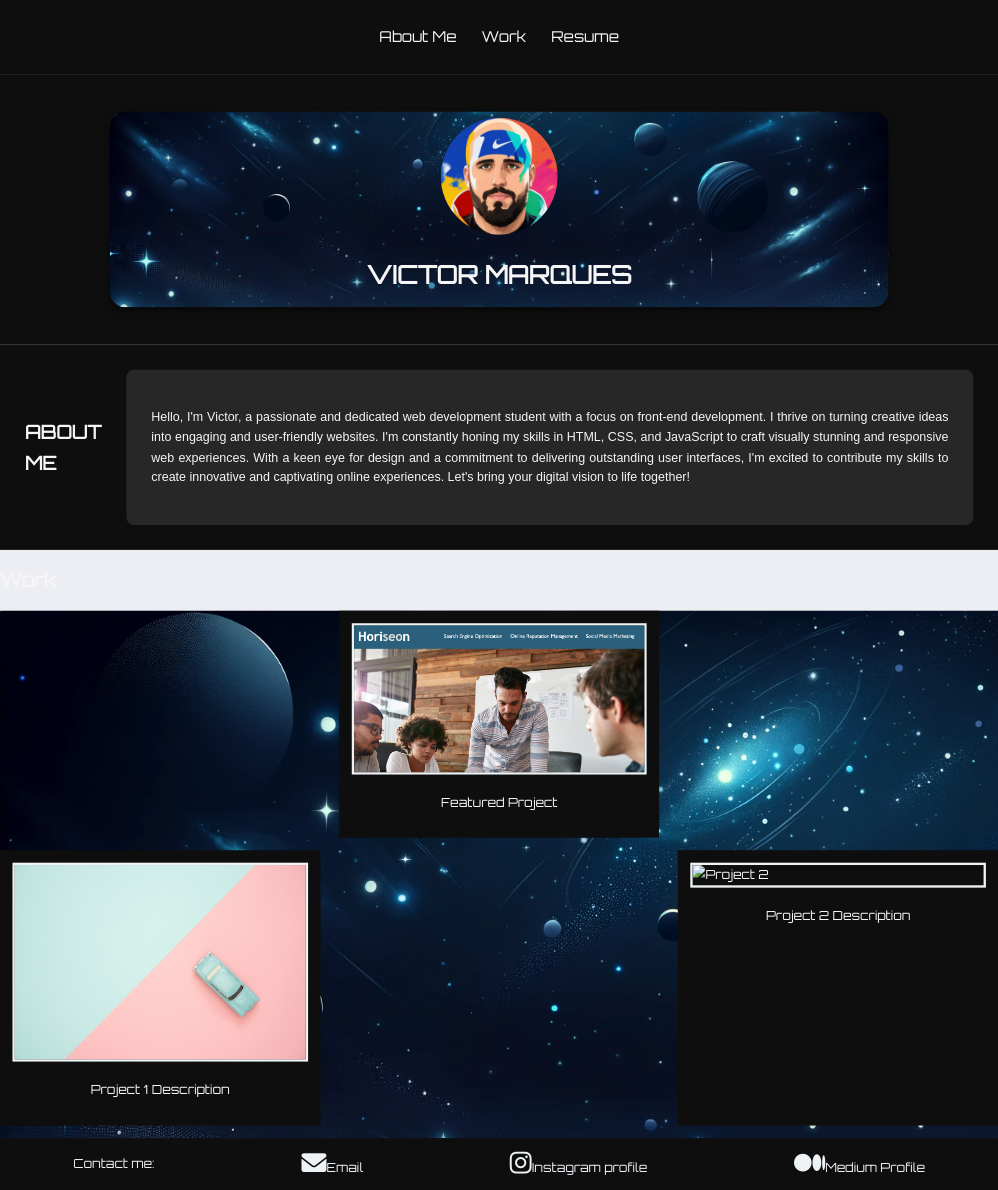
Repository: uvee35/Challenge2-Victor
Page: index.html
These files come from the project's save history. The page is drawn as it stood at one moment and after the next save; the edit follows.
The browser window is 1280 px wide. The pictures show the whole page, at 78% of full size.

Above is the page before, as saved 2023-12-12 22:15:35.
Not found: assets/project2.png

### index.html
<!DOCTYPE html>
<html lang="en-gb">
  <head>
    <meta charset="UTF-8" />
    <meta name="viewport" content="width=device-width, initial-scale=1.0" />
    <meta http-equiv="X-UA-Compatible" content="ie=edge" />
    <title>Victor Marques Portfolio</title>
    <link rel="stylesheet" href="assets/style.css" />
    <link
      href="https://cdnjs.cloudflare.com/ajax/libs/font-awesome/6.0.0-beta3/css/all.min.css"
      rel="stylesheet"
    />
    <link
      href="https://fonts.googleapis.com/css?family=Orbitron&display=swap"
      rel="stylesheet"
    />
  </head>

  <body>
    <header class="header">
      <nav class="header__nav">
        <ul class="nav__list">
          <li class="nav__item">
            <a href="#about-me" class="nav__link">About Me</a>
          </li>
          <li class="nav__item">
            <a href="#work" class="nav__link">Work</a>
          </li>
          <li class="nav__item">
            <a href="#resume" class="nav__link">Resume</a>
          </li>
        </ul>
      </nav>
    </header>

    <section class="hero-banner">
      <div class="hero-banner__content">
        <img src="assets/victor.JPG" alt="Victor" class="about__image" />
        <h1>VICTOR MARQUES</h1>
      </div>
    </section>

    <main class="page-wrapper">
      <section id="about-me"></section>
      <section class="about-section">
        <h2 class="about-title">ABOUT ME</h2>
        <div class="about-box">
          <p class="about-me-text">
            Hello, I'm Victor, a passionate and dedicated web development
            student with a focus on front-end development. I thrive on turning
            creative ideas into engaging and user-friendly websites. I'm
            constantly honing my skills in HTML, CSS, and JavaScript to craft
            visually stunning and responsive web experiences. With a keen eye
            for design and a commitment to delivering outstanding user
            interfaces, I'm excited to contribute my skills to create innovative
            and captivating online experiences. Let's bring your digital vision
            to life together!
          </p>
        </div>
      </section>

      <section class="page-section" id="work">
        <h2 class="section-title">Work</h2>
        <div class="work__projects">
          <!-- Top featured project -->
          <div class="project project--featured">
            <img
              src="./assets/project.png"
              alt="Featured Project"
              class="work__image"
            />
            <p class="project-description">Featured Project</p>
          </div>
          <!-- Projects Row for two projects -->
          <div class="project-row">
            <!-- First project -->
            <div class="project">
              <img
                src="./assets/02-portfolio-3.jpg"
                alt="Project 1"
                class="work__image"
              />
              <p class="project-description">Project 1 Description</p>
            </div>
            <!-- Second project -->
            <div class="project">
              <img
                src="assets/project2.png"
                alt="Project 2"
                class="work__image"
              />
              <p class="project-description">Project 2 Description</p>
            </div>
          </div>
        </div>
      </section>
    </main>

    <footer class="footer">
      <div class="footer__contact-info">
        <span class="footer__contact-header">Contact me:</span>
        <a href="mailto:victormarquesrina@hotmail.com" class="contact-link">
          <i class="fas fa-envelope social-icon"></i><span>Email</span>
        </a>
        <a href="https://www.instagram.com/Uvee35" class="contact-link">
          <i class="fab fa-instagram social-icon"></i
          ><span>Instagram profile</span>
        </a>
        <a href="https://medium.com/@victor5.vm58" class="contact-link">
          <i class="fab fa-medium social-icon"></i><span>Medium Profile</span>
        </a>
      </div>
    </footer>
  </body>
</html>

### assets/style.css
:root {
  --primary-color: #edeef3;
  --secondary-color: #0e0e0e;
  --accent-color: #edf2f4;
  --font-color: #f6f6f6;
  --font-family: 'Orbitron', sans-serif;
}

*,
*::before,
*::after {
  box-sizing: border-box;
}

body {
  font-family: var(--font-family);
  color: var(--font-color);
  background-color: var(--primary-color);
  line-height: 1.6;
  margin: 0;
  padding: 0;
  display: flex;
  flex-direction: column;
  min-height: 100vh;
}

.project {
  overflow: hidden;
}
/* Work section header */
.work-section-header {
  background-size: cover;
  text-align: center;
  padding: 2rem 0;
  background-color: #0e0e0e;
}

.work-section-header h2 {
  font-size: 3rem; /* Adjust the size of the heading */
  color: #ffffff; /* Adjust the color of the heading */
  margin: 0; /* Remove default margin */
  padding: 0; /* Remove default padding */
  /* Add more styling as needed */
}


.project:hover .work__image {
  transform: scale(1.05);
  transition: transform 0.3s ease;
}

.work__image {
  display: block;
  width: 100%;
  max-width: 300px;
  min-width: 100px;
  height: auto;
  transition: transform 0.3s ease;
  margin: 0 auto;
}

.header {
  display: flex;
  justify-content: center;
  align-items: center;
  padding: 1rem;
  background-color: #0e0e0e;
}

.nav__list {
  display: flex;
  justify-content: center;
  align-items: center;
  list-style: none;
  padding: 0;
}

.nav__item {
  margin: 0 1rem;
}

.nav__link {
  color: var(--font-color);
  text-decoration: none;
  font-size: 1.2rem;
}

.hero-banner {
  padding: 1rem;
  text-align: center;
  background-color: #0e0e0e;
}

.hero-banner__content {
  max-width: 600px;
  margin: auto;
  background-image: url('../assets/background.png');
  background-size: cover;
  background-position: center;
  padding: 0.5rem 0;
  text-align: center;
  display: flex;
  flex-direction: column;
  align-items: center;
  justify-content: center;
  border-radius: 20px;
  margin: 2rem;
  box-shadow: 0 4px 8px rgba(0, 0, 0, 0.5);
  width: 80%;
  max-width: 1200px;
  margin-left: auto;
  margin-right: auto;
}

.hero-banner h1 {
  font-size: 2rem;
  margin-bottom: 0.5rem;
}

.about__image {
  width: 150px;
  height: 150px;
  border-radius: 50%;
  object-fit: cover;
}

.about-section {
  background-color: var(--secondary-color);
  padding: 2rem;
  display: flex;
  justify-content: space-between;
  align-items: center;
}

.about-title {
  color: var(--font-color);
  font-size: 1.5rem;
  margin-right: 2rem;
}

.about-box {
  flex-grow: 1;
  background: rgba(255, 255, 255, 0.1);
  padding: 2rem;
  border-radius: 10px;
  color: var(--font-color);
  font-size: 1rem;
  text-align: justify;
  font-family: Arial, Helvetica, sans-serif;
}

.work__projects {
  display: flex;
  flex-wrap: wrap;
  gap: 1rem;
  justify-content: center;
}

.project {
  background-color: var(--secondary-color);
  padding: 1rem;
  width: calc(33.333% - 1rem);
  margin-bottom: 1rem;
}

.project--featured {
  max-width: 500px;
  margin: auto;
}

.project img {
  max-width: 100%;
  height: auto;
  border: 3px solid var(--accent-color);
}

.footer {
  background-color: var(--secondary-color);
  color: var(--primary-color);
  text-align: center;
  padding: 1rem 0;
  display: flex;
  justify-content: space-around;
  align-items: center;
  margin-top: auto;
}

.footer a {
  color: var(--primary-color);
  text-decoration: none;
}

.footer__contact-info {
  display: flex;
  justify-content: space-around;
  align-items: center;
  width: 100%;
}

.social-icon {
  font-size: 2rem;
  color: var(--accent-color);
}
.work__projects {
  display: grid;
  grid-template-columns: repeat(1, 1fr); /* One column layout for the top image */
  gap: 1rem;
  background-image: url(../assets/background.png);
}

.project--featured {
  grid-column: 1 / -1; /* Make the featured project span full width */
}

.project {

  grid-template-columns: repeat(2, 1fr); /* Two columns layout for the underneath images */
  gap: 2rem;
}
.project-row {
  display: flex;
  justify-content: space-between;
  width: 100%;

}

.project-description {
  text-align: center;
  padding-top: 0.5rem; /* Space between image and description text */
}

@media (max-width: 768px) {
  .work__projects {
    grid-template-columns: 1fr; /* Stack images on smaller screens */
  }
}


/* Responsive adjustments for tablet devices */
@media (max-width: 768px) {
  .work__image {
    max-width: 150px;
  }

  .project {
    width: calc(50% - 1rem);
  }

  .project--featured {
    width: calc(66.666% - 1rem);
  }

  .about-box {
    width: 90%;
    padding: 1rem;
  }

  .footer__contact-info {
    flex-direction: column;
    gap: 1rem;
  }

  .social-icon {
    font-size: 2.5rem;
  }
}

/* Responsive adjustments for mobile devices */
@media (max-width: 480px) {
  .work__image {
    max-width: 100px;
  }

  .nav__list {
    flex-direction: column;
    align-items: center;
  }

  .nav__item {
    margin-bottom: 0.5rem;
  }

  .project,
  .project--featured {
    width: 100%;
  }

  .about-section {
    flex-direction: column;
    text-align: center;
  }

  .hero-banner__content {
    background-image: url('../assets/background.png');
  }

  .about-title {
    margin: 0 0 1rem 0;
  }

  .about-box {
    padding: 1rem;
  }

  .footer__contact-info {
    flex-direction: column;
    gap: 1rem;
  }

  .social-icon {
    font-size: 2.5rem;
  }
}

After the next save:
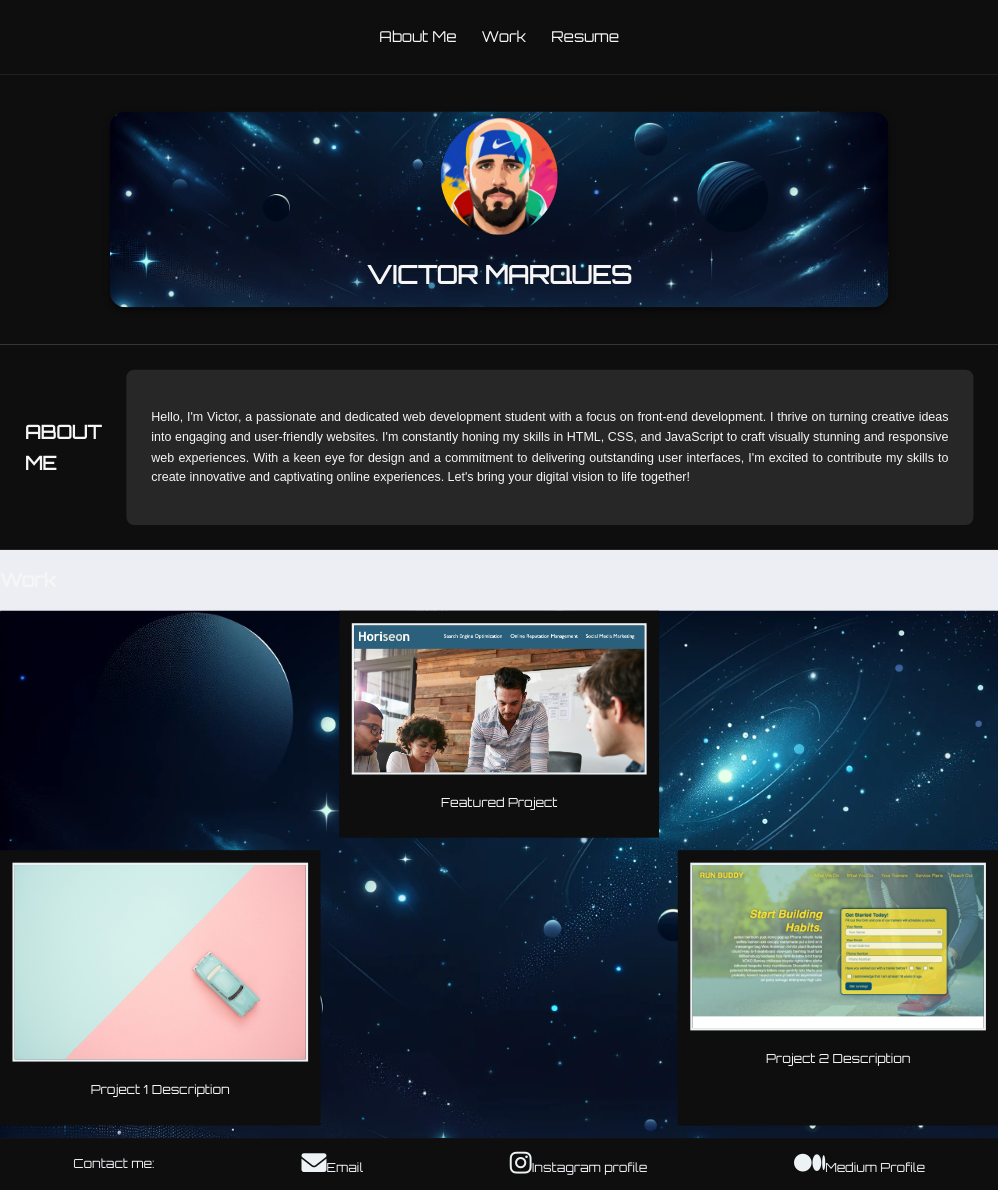
Saved 18 s later.
--- a/index.html
+++ b/index.html
@@ -85,7 +85,7 @@
             <!-- Second project -->
             <div class="project">
               <img
-                src="assets/project2.png"
+                src="./assets/02-run-buddy.jpg"
                 alt="Project 2"
                 class="work__image"
               />
